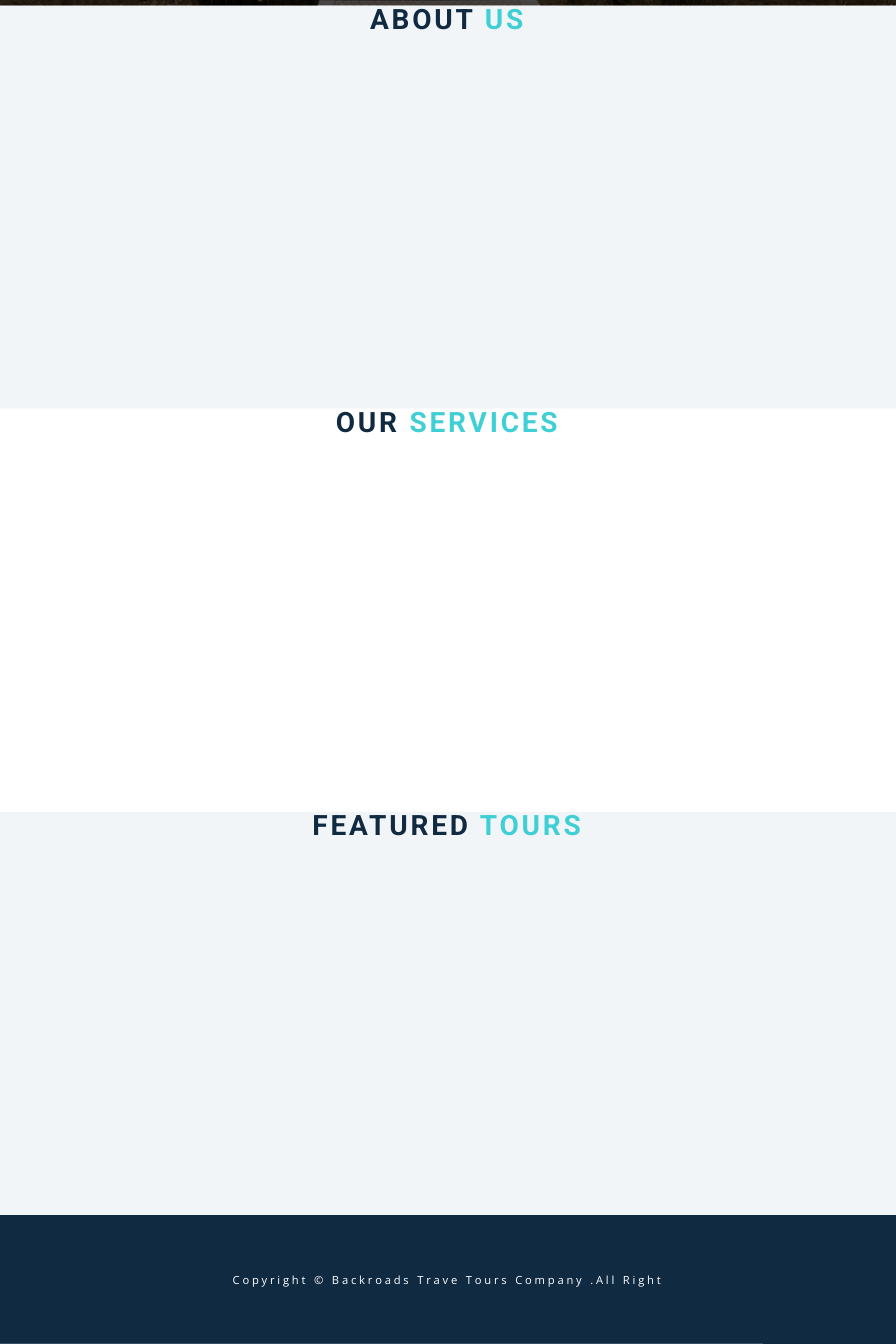
Repository: spidero7/Scroll
Page: index.html
The author's editor kept a copy of each file at every save. The page is drawn from the files as they stood at one save, then again after the next save.
The browser window is 1280 px wide. The pictures show the part of the page from y = 794 to 2714 px (the page is 2714 px tall), at 70% of full size.
Some web libraries are served in a nearby version.

Above is the page before, as saved 2021-10-07 07:55:27.

After the next save:
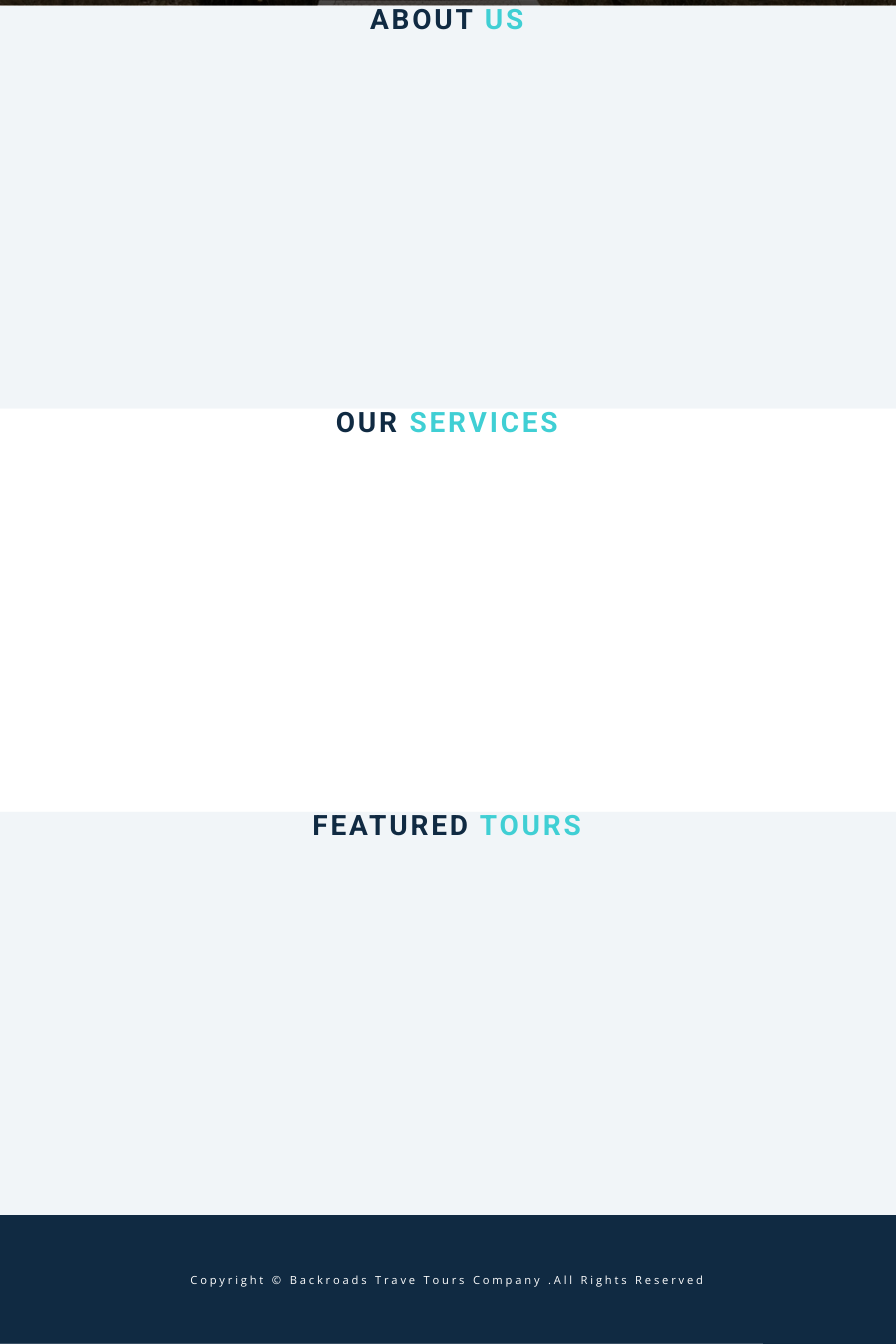
Saved 4 s later.
--- a/index.html
+++ b/index.html
@@ -77,7 +77,7 @@
     <footer class="section">
         <p>
             copyright &copy; backroads trave tours company
-            <span>.all right</span>
+            <span>.all rights reserved</span>
         </p>
     </footer>
     <script src="app.js"></script>
